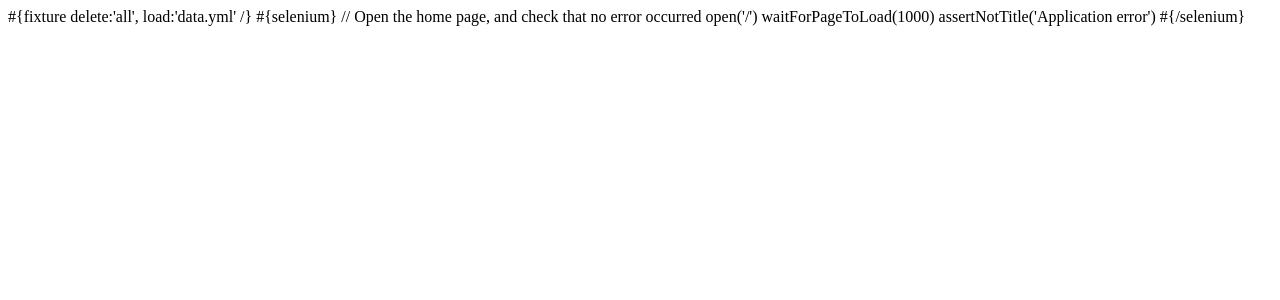
Repository: danilofonte/playframework-tutorial
Page: Myapp/eclipse/classes/Application.test.html
An editor plug-in stored every save of this project. The page is shown before and after the next save, followed by the edit.
The browser window is 1280 px wide. The pictures show the whole page.

Above is the page before, as saved 2014-02-04 17:35:53.

### Myapp/eclipse/classes/Application.test.html
#{fixture delete:'all', load:'data.yml' /}

#{selenium}
    // Open the home page, and check that no error occurred
    open('/')
    waitForPageToLoad(1000)
    assertNotTitle('Application error')
#{/selenium}

After the next save:
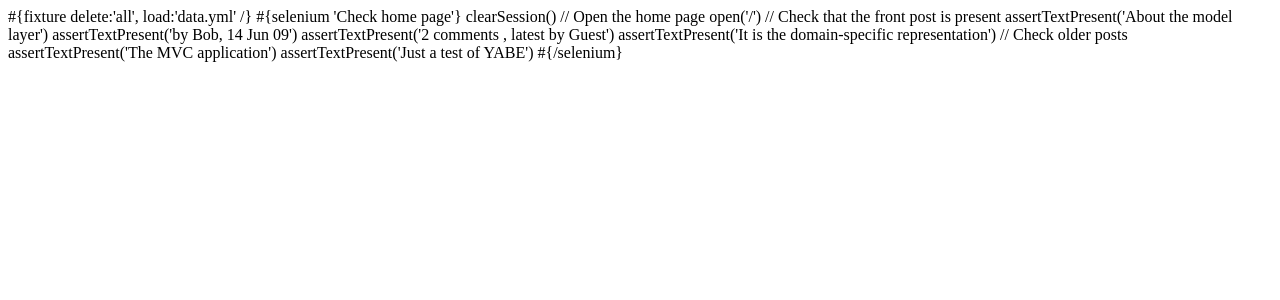
Saved 4 min 50 s later.
--- a/Myapp/eclipse/classes/Application.test.html
+++ b/Myapp/eclipse/classes/Application.test.html
@@ -1,8 +1,18 @@
 #{fixture delete:'all', load:'data.yml' /}
 
-#{selenium}
-    // Open the home page, and check that no error occurred
+#{selenium 'Check home page'}
+    clearSession()
+
+    // Open the home page
     open('/')
-    waitForPageToLoad(1000)
-    assertNotTitle('Application error')
+
+    // Check that the front post is present
+    assertTextPresent('About the model layer')
+    assertTextPresent('by Bob, 14 Jun 09')
+    assertTextPresent('2 comments , latest by Guest')
+    assertTextPresent('It is the domain-specific representation')
+
+    // Check older posts
+    assertTextPresent('The MVC application')
+    assertTextPresent('Just a test of YABE')
 #{/selenium}
